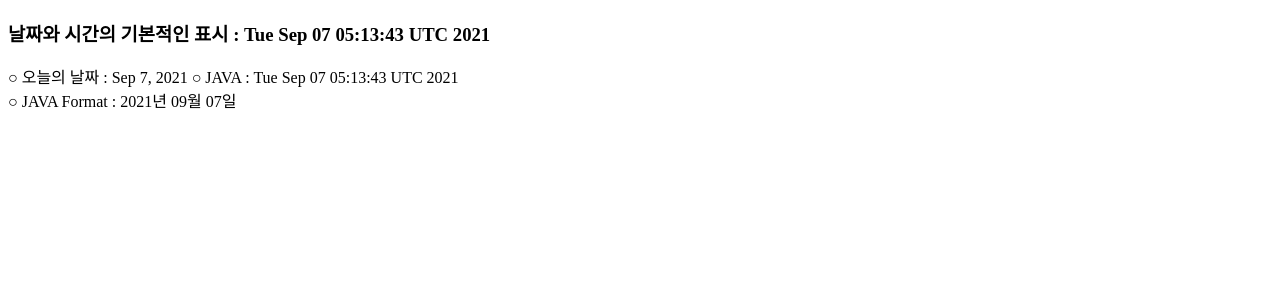
Repository: youngmoon525/Jsp_Servlet
Page: http://localhost/03.JSP/jsp38.jsp
An editor plug-in stored every save of this project. The page is shown before and after the next save, followed by the edit.
The browser window is 1280 px wide. The pictures show the whole page.
The page is served by Tomcat 9. Other server files are loaded and not shown.

Above is the page before, as saved 2021-09-09 03:32:00.

### workspace/03.JSP/WebContent/jsp38.jsp
<%@page import="java.text.SimpleDateFormat"%>
<%@page import="java.util.Date"%>
<%@ page language="java" contentType="text/html; charset=UTF-8" pageEncoding="UTF-8"%>
<%@ taglib prefix="c" uri="http://java.sun.com/jsp/jstl/core" %>
<%@ taglib prefix="fmt" uri="http://java.sun.com/jsp/jstl/fmt" %>
<!DOCTYPE html>
<html>
<head>
<meta charset="UTF-8">
<title>JSP38</title>
</head>
<body>
<c:set var="date" value="<%=new Date() %>"/>
<h3>날짜와 시간의 기본적인 표시 : ${date}</h3>
○ 오늘의 날짜 : <fmt:formatDate value="${date}" type="date"/>

<%
Date now = new Date();
SimpleDateFormat sdf = new SimpleDateFormat("yyyy년 MM월 dd일");
%>
○ JAVA : <%=now %><br/>
○ JAVA Format : <%=sdf.format(now) %>
</body>
</html>

After the next save:
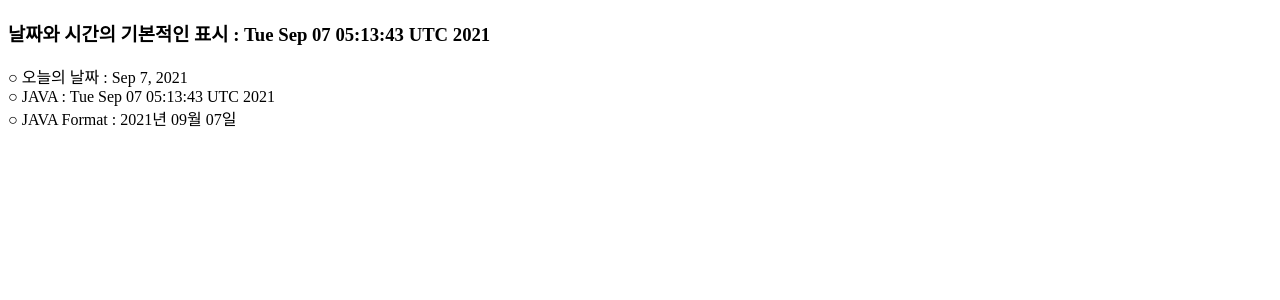
Saved 6 s later.
--- a/workspace/03.JSP/WebContent/jsp38.jsp
+++ b/workspace/03.JSP/WebContent/jsp38.jsp
@@ -12,7 +12,7 @@
 <body>
 <c:set var="date" value="<%=new Date() %>"/>
 <h3>날짜와 시간의 기본적인 표시 : ${date}</h3>
-○ 오늘의 날짜 : <fmt:formatDate value="${date}" type="date"/>
+○ 오늘의 날짜 : <fmt:formatDate value="${date}" type="date"/><br/>
 
 <%
 Date now = new Date();
